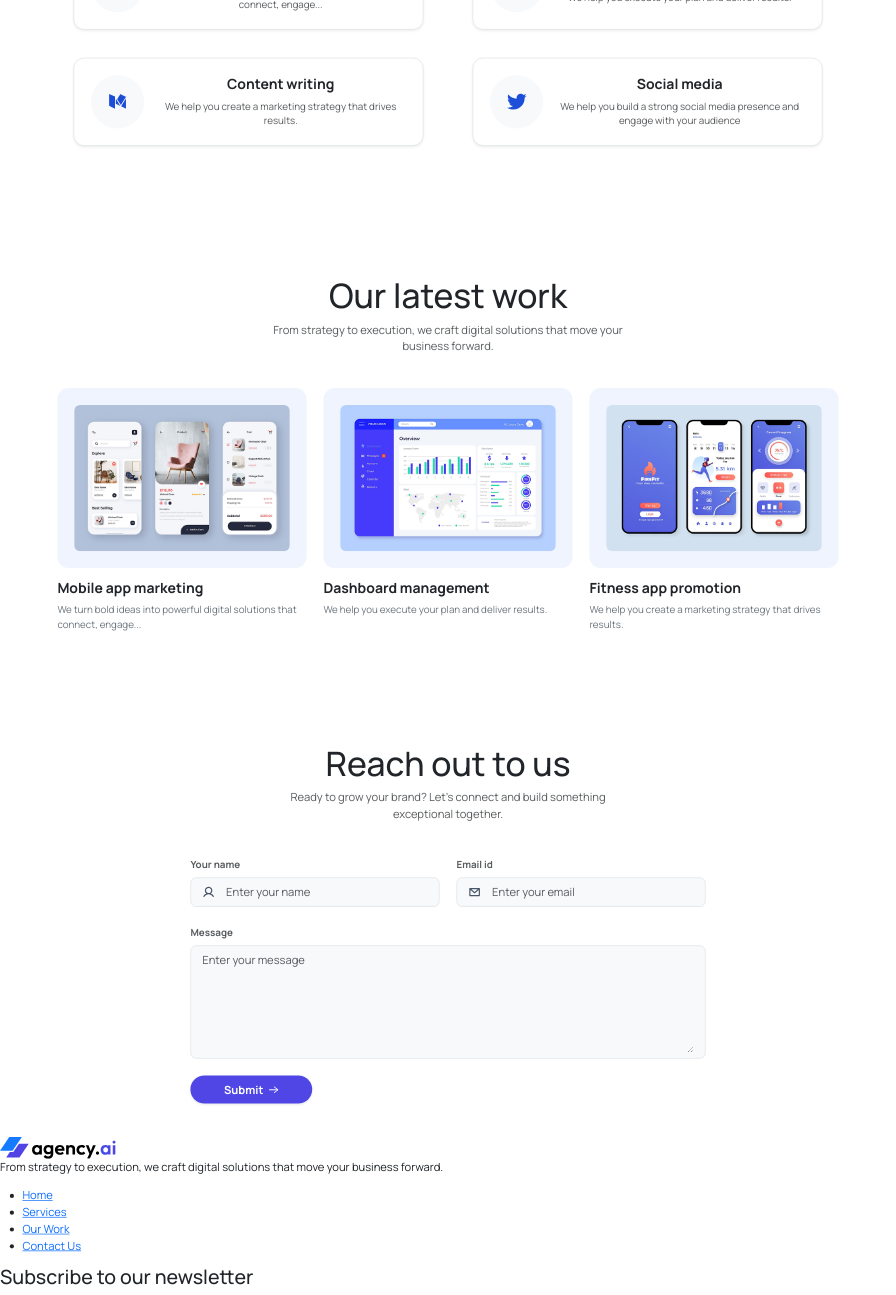
Repository: RAMADAN975/modern-agency-portfolio
Page: /
The author's editor kept a copy of each file at every save. The page is drawn from the files as they stood at one save, then again after the next save.
The browser window is 1280 px wide. The pictures show the part of the page from y = 1568 to 3488 px (the page is 3418 px tall before and 3488 px after), at 70% of full size.
The project was rebuilt for these pictures with package versions that can differ from the ones it lists, and the page was loaded fresh each time. Also part of the build but not shown: vite.config.js.

Above is the page before, as saved 2026-03-24 21:48:16.

After the next save:
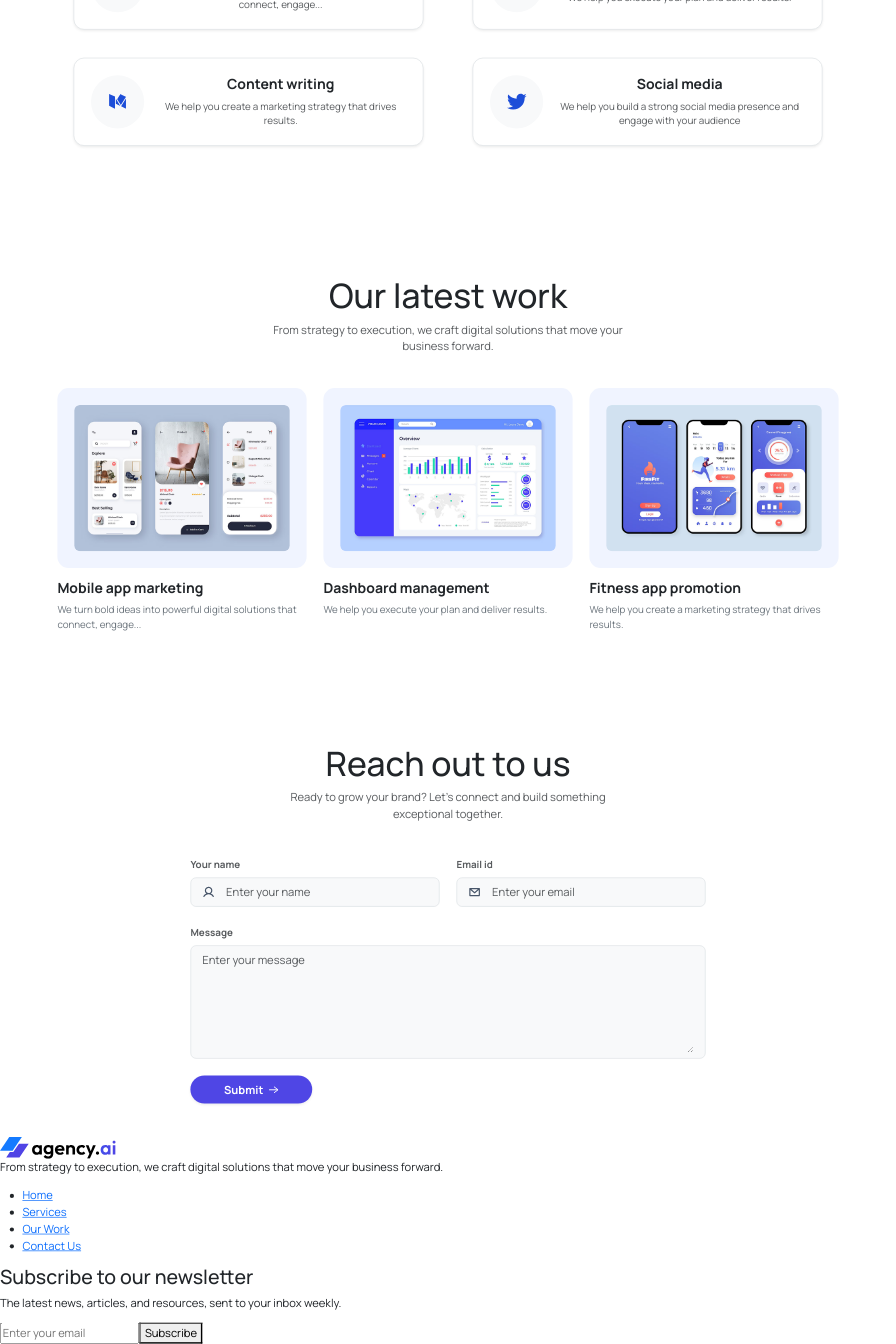
Saved 2 min 28 s later.
--- a/src/Components/Footer.jsx
+++ b/src/Components/Footer.jsx
@@ -18,7 +18,12 @@
                     </ul>
                 </div>
                 <div className=''>
-                    <h3>Subscribe to our newsletter</h3>
+                    <h3 className=''>Subscribe to our newsletter</h3>
+                    <p className=''>The latest news, articles, and resources, sent to your inbox weekly.</p>
+                    <div>
+                        <input type="email" placeholder='Enter your email' className='' />
+                        <button className=''>Subscribe</button>
+                    </div>
                 </div>
             </div>
         </div>
